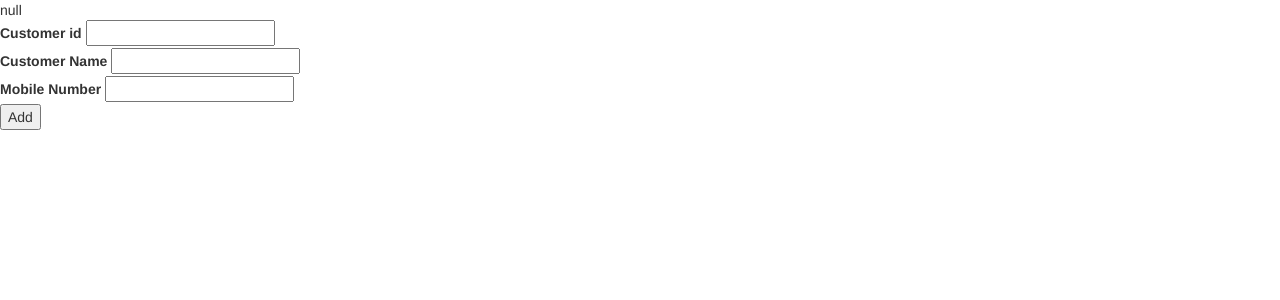
Repository: aishwarya-sankhla/JavaTraining
Page: http://localhost/JavaBeanExample/AddCutomer.jsp
The author's editor kept a copy of each file at every save. The page is drawn from the files as they stood at one save, then again after the next save.
The browser window is 1280 px wide. The pictures show the whole page.
The page is served by Tomcat 9. Nobody is signed in. The application's start-up code is not run. Other server files are loaded and not shown.

Above is the page before, as saved 2018-10-04 05:55:28.

### JavaBeanExample/WebContent/AddCutomer.jsp
<%@ page language="java" contentType="text/html; charset=ISO-8859-1"
    pageEncoding="ISO-8859-1"%>
    <%@ taglib uri="http://java.sun.com/jsp/jstl/core" prefix="c" %>
<!DOCTYPE html>
<html>
<head>
<meta http-equiv="Content-Type" content="text/html; charset=ISO-8859-1">
<link rel="stylesheet" href="https://maxcdn.bootstrapcdn.com/bootstrap/3.3.7/css/bootstrap.min.css" integrity="sha384-BVYiiSIFeK1dGmJRAkycuHAHRg32OmUcww7on3RYdg4Va+PmSTsz/K68vbdEjh4u" crossorigin="anonymous">
<title>Insert title here</title>
</head>
<body>
	<c:set value="${requestScope.status}" var="result"></c:set>
	<%=request.getAttribute("status") %>
	<form action="ProcessCustomer.jsp" method="post">
		<div class="formGroup">
			<label for="customerId">Customer id</label>
			<input type="text" name="customerId" required="required" id="customerId" class="formControl">
		</div>
		<div class="formControl">
			<label for="customerName">Customer Name</label>
			<input type="text" name="customerName" required="required" id="customerName" class="formControl">
		</div>
		<div class="formControl">
			<label for="mobileNumber">Mobile Number</label>
			<input type="text" name="mobileNumber" required="required" id="mobileNumber" class="formControl">
		</div>

		<div class="formControl">
			<input type="submit" value="Add">
		</div>
	</form>
</body>
</html>

After the next save:
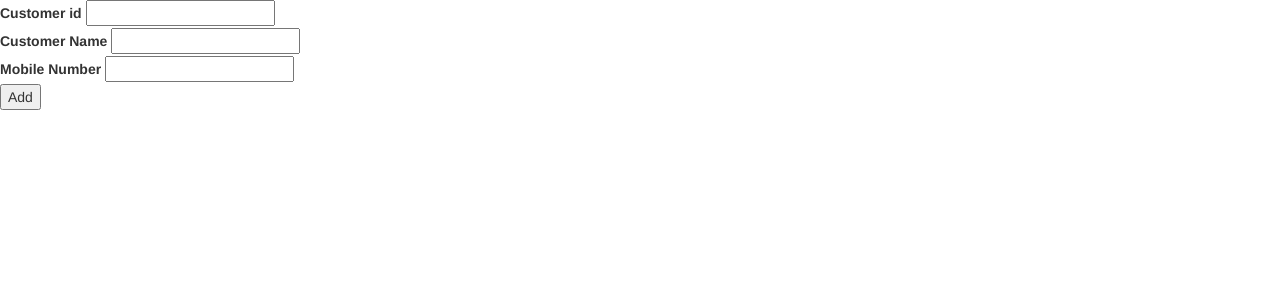
Saved 42 s later.
--- a/JavaBeanExample/WebContent/AddCutomer.jsp
+++ b/JavaBeanExample/WebContent/AddCutomer.jsp
@@ -10,7 +10,7 @@
 </head>
 <body>
 	<c:set value="${requestScope.status}" var="result"></c:set>
-	<%=request.getAttribute("status") %>
+	<c:out value="${result}"></c:out>
 	<form action="ProcessCustomer.jsp" method="post">
 		<div class="formGroup">
 			<label for="customerId">Customer id</label>
